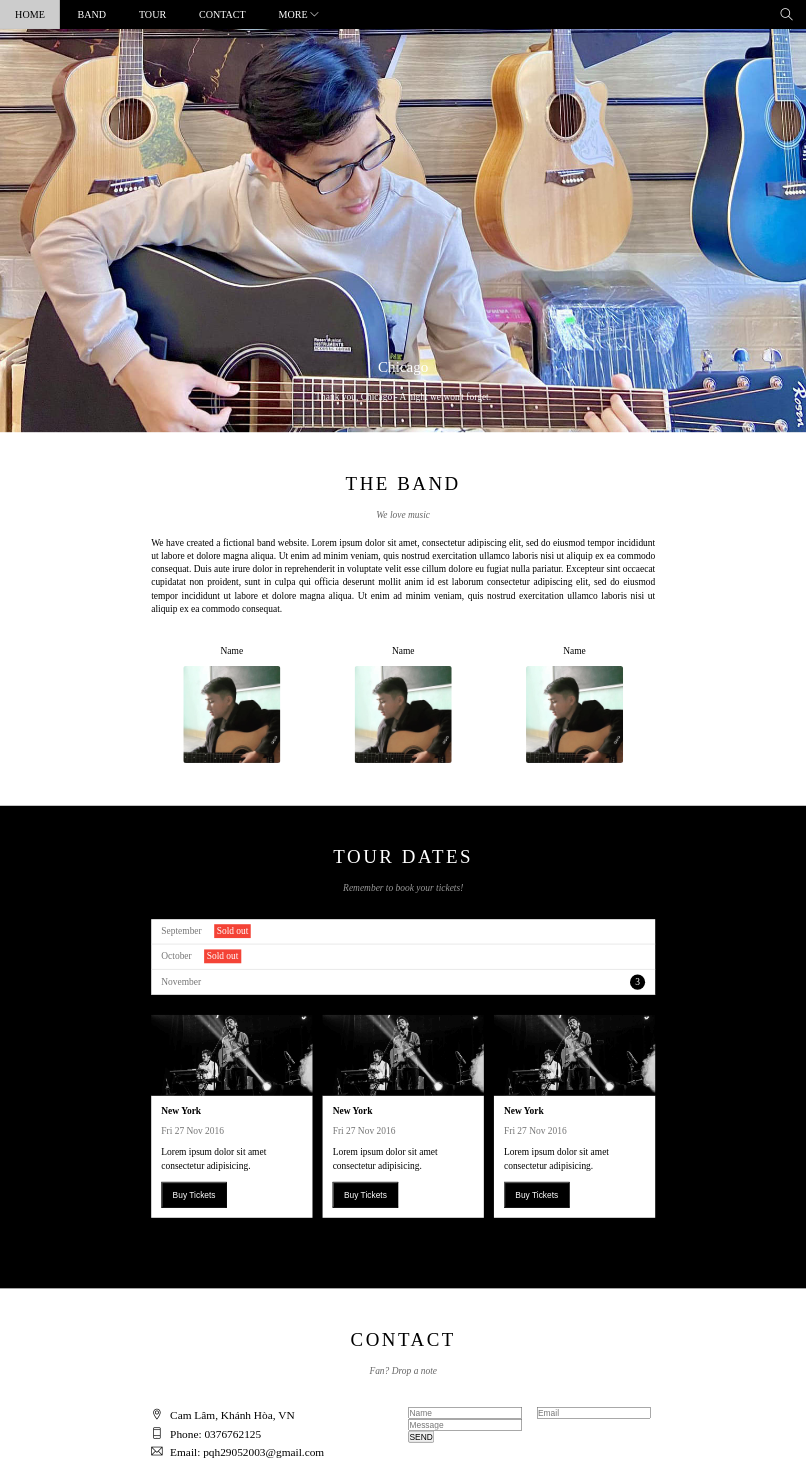
Repository: quochung2k3/Web-Team
Page: index.html
These files come from the project's save history. The page is drawn as it stood at one moment and after the next save; the edit follows.
The browser window is 1280 px wide. The pictures show the whole page, at 63% of full size.

Above is the page before, as saved 2023-08-14 22:17:29.

After the next save:
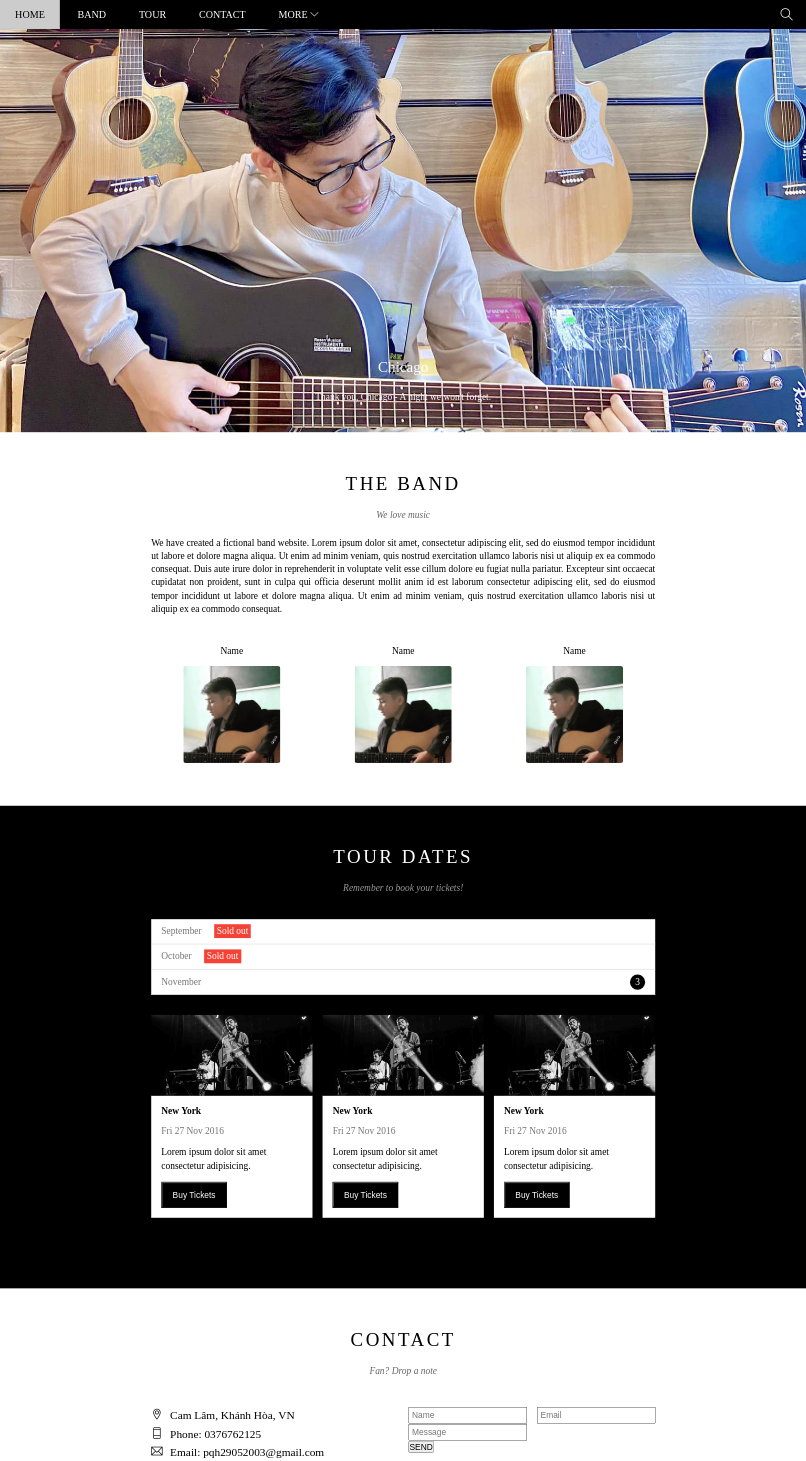
Saved 8 s later.
--- a/index.html
+++ b/index.html
@@ -118,7 +118,7 @@
                         <p><i class="ti-mobile"></i>Phone: 0376762125</p>
                         <p><i class="ti-email"></i>Email: pqh29052003@gmail.com</p>
                     </div>
-                    <div class="col col-half">
+                    <div class="col col-half contact-form">
                         <form action="">
                             <div class="row">
                                 <div class="col col-half">
